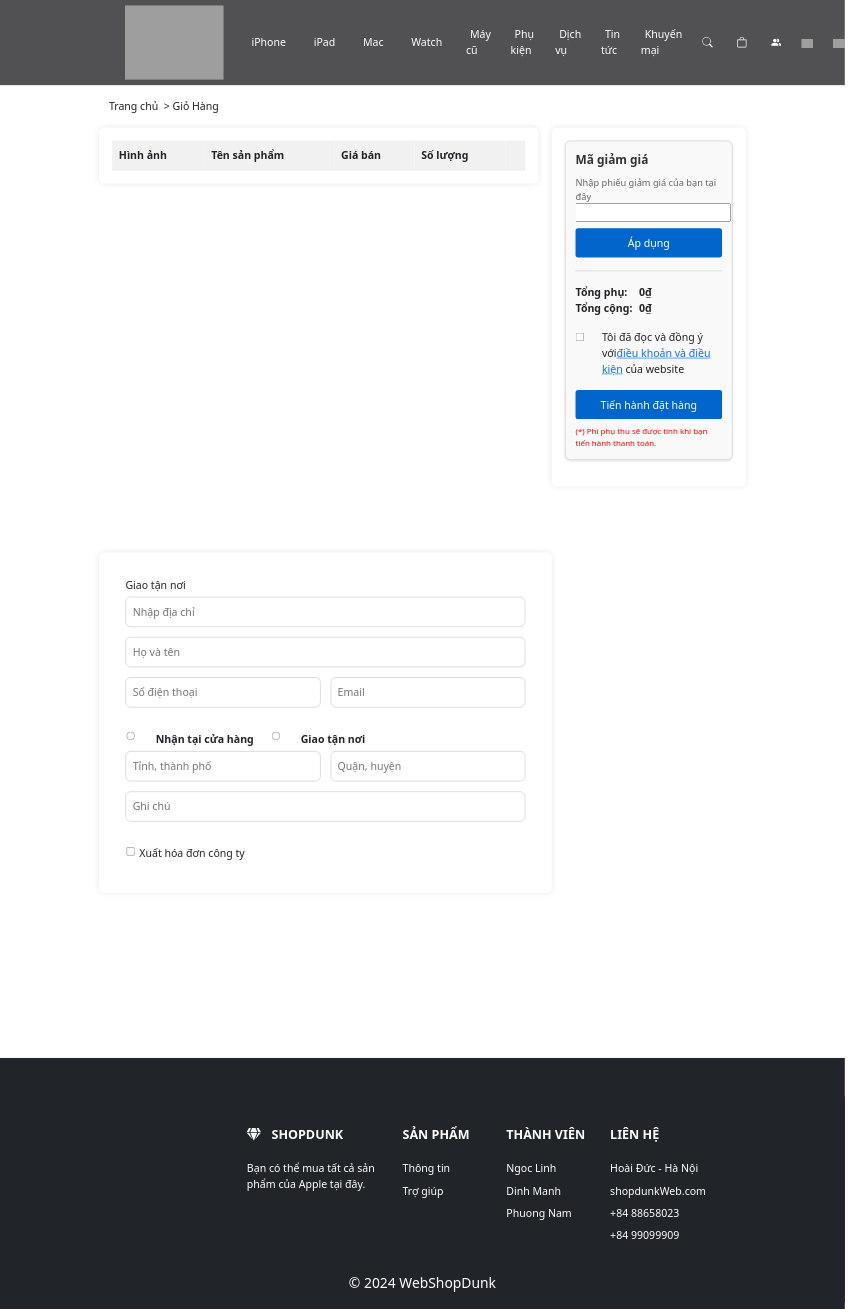
Repository: 20092004nam2k4/FE-ShopDunk
Page: /cart
An editor plug-in stored every save of this project. The page is shown before and after the next save, followed by the edit.
The browser window is 1280 px wide. The page is 1296 px wide, so the pictures cover 1296 px, including what lies to the right of the window. The pictures show the whole page, at 66% of full size.
Pictures or frames that could not be fetched are drawn as grey boxes. The page's requests for data from a server got no answer. The project was rebuilt for these pictures with package versions that can differ from the ones it lists, and the page was loaded fresh each time. No one was signed in, and anything a server would have sent is missing. Also part of the build but not shown: src/component/common/SlideImage.css, src/component/common/SlideImage.js, src/component/product/ProductList.css, src/component/product/ProductList.js, src/component/product/ProductDetail.css, src/component/product/ProductDetail.js, src/component/user/LoginUser.js, src/component/user/UserProfile.js and 3 more.

Above is the page before, as saved 2024-06-10 13:53:42.

### src/component/cart/CartPage.js
import React, { useState, useEffect } from "react";
import axios from "axios";
import "./CartPage.css";

const CartPage = () => {
  const [cartItems, setCartItems] = useState([]);

  const fetchCartItems = () => {
    axios
      .get("http://localhost:8090/api/products/cart")
      .then((response) => {
        setCartItems(response.data);
      })
      .catch((error) => {
        console.error("Error fetching cart items:", error);
      });
  };

  useEffect(() => {
    fetchCartItems();
  }, []);

  const removeFromCart = (id) => {
    axios
      .delete(`http://localhost:8090/api/products/removeFromCart/${id}`)
      .then(() => {
        fetchCartItems(); // Refresh the cart items after removing
      })
      .catch((error) => {
        console.error("Error removing product from cart:", error);
      });
  };

  const updateQuantity = (id, newQuantity) => {
    axios
      .put(`http://localhost:8090/api/products/updateCart/${id}`, {
        quantity: newQuantity,
      })
      .then(() => {
        fetchCartItems(); // Refresh the cart items after updating
      })
      .catch((error) => {
        console.error("Error updating product quantity:", error);
      });
  };

  const calculateSubtotal = () => {
    return cartItems.reduce((sum, item) => sum + item.product.price * item.quantity, 0);
  };

  const calculateTotal = () => {
    return calculateSubtotal();
  };

  return (<>


    <div className="cart-page">
      <div>
        <p className="tittle-header">Trang chủ &nbsp;&gt; Giỏ Hàng</p>
      </div>
      <div className="tong">
        <div className="left">
          <div className="cart-detail">
            <table className="cart">
              <thead>
                <tr>
                  <th>Hình ảnh</th>
                  <th>Tên sản phẩm</th>
                  <th>Giá bán</th>
                  <th>Số lượng</th>
                  <th></th>
                </tr>
              </thead>
              <tbody>
                {cartItems.map((item) => (
                  <tr key={item.id}>
                    <td>
                      <a href={`/product/${item.product.id}`}>
                        <img
                          alt={`Ảnh của ${item.product.name}`}
                          src={`http://localhost:8090/image/${item.product.image}`}
                          title={`Hiển thị chi tiết cho ${item.product.name}`}
                        />
                      </a>
                    </td>
                    <td className="product">
                      <a href={`/product/${item.product.id}`} className="product-name">
                        {item.product.name}
                      </a>
                      <div className="edit-item"></div>
                    </td>
                    <td className="unit-price">
                      <span className="product-unit-price">
                        {parseInt(item.product.price).toLocaleString()}₫
                      </span>
                    </td>
                    <td className="quantity">
                      <div className="cart-quantity-input-container">
                        <svg
                          id={`cart-quantity-input-subtract${item.id}`}
                          width="11"
                          height="11"
                          viewBox="0 0 11 11"
                          fill="none"
                          xmlns="http://www.w3.org/2000/svg"
                          onClick={() => updateQuantity(item.id, item.quantity - 1)}
                        >
                          <g clipPath="url(#clip0_10158_65576)">
                            <path
                              d="M-0.00390625 5.90234H11.0039C11.1133 5.90234 11.207 5.86328 11.2852 5.78516C11.3633 5.70182 11.4023 5.60547 11.4023 5.49609C11.4023 5.38672 11.3633 5.29297 11.2852 5.21484C11.207 5.13672 11.1133 5.09766 11.0039 5.09766H-0.00390625C-0.0768229 5.09766 -0.144531 5.11589 -0.207031 5.15234C-0.264323 5.1888 -0.311198 5.23828 -0.347656 5.30078C-0.384115 5.35807 -0.402344 5.42318 -0.402344 5.49609C-0.402344 5.57422 -0.384115 5.64453 -0.347656 5.70703C-0.311198 5.76432 -0.264323 5.8112 -0.207031 5.84766C-0.144531 5.88411 -0.0768229 5.90234 -0.00390625 5.90234Z"
                              fill="#0066CC"
                            ></path>
                          </g>
                          <defs>
                            <clipPath id="clip0_10158_65576">
                              <rect width="11" height="11" fill="white"></rect>
                            </clipPath>
                          </defs>
                        </svg>
                        <input
                          className="input-text"
                          id={`quantity${item.id}`}
                          value={item.quantity}
                          size="4"
                          readOnly
                        />
                        <svg
                          id={`cart-quantity-input-add${item.id}`}
                          width="12"
                          height="13"
                          viewBox="0 0 12 13"
                          fill="none"
                          xmlns="http://www.w3.org/2000/svg"
                          onClick={() => updateQuantity(item.id, item.setCartItems.quantity + 1)}
                        >
                          <g clipPath="url(#clip0_10158_65579)">
                            <path
                              d="M-0.304688 6.5C-0.304688 6.61458 -0.265625 6.71094 -0.1875 6.78906C-0.104167 6.86719 -0.0104167 6.90625 0.09375 6.90625H5.19531V12.0078C5.19531 12.1172 5.23438 12.2109 5.3125 12.2891C5.39583 12.3672 5.49219 12.4062 5.60156 12.4062C5.71094 12.4062 5.80729 12.3672 5.89062 12.2891C5.96875 12.2109 6.00781 12.1172 6.00781 12.0078V6.90625H11.1094C11.2239 6.90625 11.3177 6.86719 11.3906 6.78906C11.4739 6.71094 11.5156 6.61458 11.5156 6.5C11.5156 6.39583 11.4739 6.30208 11.3906 6.21875C11.3177 6.13542 11.2239 6.09375 11.1094 6.09375H6.00781V1.00781C6.00781 0.893229 5.96875 0.799479 5.89062 0.726562C5.80729 0.653646 5.71094 0.617188 5.60156 0.617188C5.49219 0.617188 5.39583 0.653646 5.3125 0.726562C5.23438 0.799479 5.19531 0.893229 5.19531 1.00781V6.09375H0.09375C-0.0104167 6.09375 -0.104167 6.13542 -0.1875 6.21875C-0.265625 6.30208 -0.304688 6.39583 -0.304688 6.5Z"
                              fill="#0066CC"
                            ></path>
                          </g>
                          <defs>
                            <clipPath id="clip0_10158_65579">
                              <rect
                                width="11.8125"
                                height="12.8125"
                                fill="white"
                                transform="translate(0.09375 0.09375)"
                              ></rect>
                            </clipPath>
                          </defs>
                        </svg>
                      </div>
                    </td>

                    <td className="remove-from-cart">
                      <button
                        onClick={() => removeFromCart(item.id)}
                        className="remove-button"
                      >
                        <i className="fas fa-trash-alt"></i>
                      </button>
                    </td>
                  </tr>
                ))}
              </tbody>
            </table>
          </div>

        </div>

        <div className="right">
        <div className="deals">
            <div className="coupon-box">
              <div className="title">
                <strong>Mã giảm giá</strong>
              </div>
              <div className="hint">Nhập phiếu giảm giá của bạn tại đây</div>
              <input></input>
              <div className="coupon-code">
                <button
                  type="submit"
                  name="applydiscountcouponcode"
                  id="applydiscountcouponcode"
                  className="button-2 apply-discount-coupon-code-button"
                >
                  Áp dụng
                </button>
              </div>
              <div className="totals">
                <div className="total-info">
                  <table className="cart-total">
                    <tbody>
                      <tr className="order-subtotal">
                        <td className="cart-total-left">
                          <label>Tổng phụ:</label>
                        </td>
                        <td className="cart-total-right">
                          <span className="value-summary">
                            {calculateSubtotal().toLocaleString()}₫
                          </span>
                        </td>
                      </tr>
                      <tr className="order-total">
                        <td className="cart-total-left">
                          <label>Tổng cộng:</label>
                        </td>
                        <td className="cart-total-right">
                          <span className="value-summary">
                            {calculateTotal().toLocaleString()}₫
                          </span>
                        </td>
                      </tr>
                    </tbody>
                  </table>
                </div>
                <div id="terms-of-service-warning-box"></div>
                <div className="terms-of-service">
                  <div className="d-flex">
                    <div>
                      <td className="remove-from-cart">
                        <input
                          type="checkbox"
                          name="removefromcart"
                          id="removefromcart274337"
                          value="274337"
                          aria-label="Tẩy"
                        />
                        <button
                          type="button"
                          name="updatecart"
                          className="remove-btn once-submit-button"
                          onClick={() => {
                            document.getElementById(
                              "removefromcart274337"
                            ).checked = true;
                            document.getElementById("updatecart").click();
                          }}
                        ></button>
                      </td>
                    </div>
                    <br></br>
                    <label htmlFor="termsofservice">
                      <span className="rule-web">Tôi đã đọc và đồng ý với</span>
                      <a
                        href="/chinh-sach-doi-tra"
                        className="read"
                        target="_blank"
                      >
                        điều khoản và điều kiện
                      </a>{" "}
                      <span className="rule-web">của website</span>
                    </label>
                  </div>
                </div>
                <div className="checkout-buttons">
                  <button
                    type="submit"
                    id="checkout"
                    name="checkout"
                    value="checkout"
                    className="button-1 checkout-button"
                  >
                    Tiến hành đặt hàng
                  </button>
                </div>
                <div className="note-ck">
                  (*) Phí phụ thu sẽ được tính khi bạn tiến hành thanh toán.
                </div>
                <div className="addon-buttons"></div>
              </div>
            </div>
          </div>
        </div>
      </div>
        </div>


      <div className="tong-bot">
        <div class="left">
          <div class="enter-address bg-white">
          <h6>Giao tận nơi</h6>
            <input placeholder="Nhập địa chỉ"></input>
            <input placeholder="Họ và tên"></input>
            <div class="half-inputs">
              <input placeholder="Số điện thoại"></input>
              <input placeholder="Email"></input>
            </div>
            <div class="edit-address">
              <div class="delivery-method">
                <input type="radio" id="receive-store" name="receive-method" value="store"></input>
                <label for="receive-store">Nhận tại cửa hàng</label>
                <input type="radio" id="receive-delivery" name="receive-method" value="delivery"></input>
                <label for="receive-delivery">Giao tận nơi</label>
              </div>
              <div class="half-inputs">
                <input placeholder="Tỉnh, thành phố"></input>
                <input placeholder="Quận, huyện"></input>
              </div>
              <div>
                <input placeholder="Ghi chú"></input>
              </div>
              <div class="edit-address">
                <input type="checkbox" id="company-invoice" name="company-invoice" value="company-invoice"></input>Xuất hóa đơn công ty
              </div>
            </div>
          </div>
        </div>
      </div>



    <footer className="text-center text-lg-start bg-dark text-white footerMain">
        <section className="bg-dark" style={{ height: "243px" }}>
          <div className="container text-center text-md-start mt-5 textFooter">
            <div className="row mt-3">
              <div
                className="col-md-3 col-lg-4 col-xl-3 text-left mb-4"
                style={{ marginLeft: "104px" }}
              >
                <h6
                  className="text-uppercase fw-bold mb-4"
                  style={{ fontSize: "19px" }}
                >
                  <i className="fas fa-gem me-3" />
                  Shopdunk
                </h6>
                <p style={{ fontSize: "16px" }}>
                  Bạn có thể mua tất cả sản phẩm của Apple tại đây.
                </p>
              </div>
              <div className="col-md-2 col-lg-2 col-xl-2 text-left mb-4">
                <h6
                  className="text-uppercase fw-bold mb-4"
                  style={{ fontSize: "19px" }}
                >
                  Sản phẩm
                </h6>
                <p style={{ fontSize: "16px" }}>Thông tin</p>
                <p style={{ fontSize: "16px" }}>Trợ giúp</p>
              </div>
              <div className="col-md-3 col-lg-2 col-xl-2 text-left mb-4">
                <h6
                  className="text-uppercase fw-bold mb-4"
                  style={{ fontSize: "19px" }}
                >
                  Thành viên
                </h6>
                <p style={{ fontSize: "16px" }}>Ngoc Linh</p>
                <p style={{ fontSize: "16px" }}>Dinh Manh</p>
                <p style={{ fontSize: "16px" }}>Phuong Nam</p>
              </div>
              <div className="col-md-4 col-lg-3 col-xl-3 text-left mb-md-0 mb-4">
                <h6
                  className="text-uppercase fw-bold mb-4"
                  style={{ fontSize: "19px" }}
                >
                  Liên hệ
                </h6>
                <p style={{ fontSize: "16px" }}>Hoài Đức - Hà Nội</p>
                <p style={{ fontSize: "16px" }}>shopdunkWeb.com</p>
                <p style={{ fontSize: "16px" }}>+84 88658023</p>
                <p style={{ fontSize: "16px" }}>+84 99099909</p>
              </div>
            </div>
          </div>
        </section>
        <div
          className="text-center p-4 bg-dark"
          style={{
            backgroundColor: "#40474b",
            height: "70px",
            fontSize: "21px",
            textAlign: "center",
          }}
        >
          © 2024 WebShopDunk
        </div>
      </footer>
    </>
  );
};

export default CartPage;

### src/component/common/Navbar.css
.navbar {
  background-color: #515154;
  padding: 10px;

}

.navbar-links {
  list-style: none;
  display: flex;
  justify-content: center;
  margin: 0;
  padding: 0;
  padding-left: 168px;
  align-items: center;
}

.navbar-links li {
  margin: 0 15px;
}

.navbar-links a {
  color: white;
  text-decoration: none;
  padding: 10px 6px 25px;
  transition: background-color 0.3s;

}

/* .navbar-links a:hover {
  background-color: #575757;
} */
.imageIcon{
  width: 150px;
}
.icon-bag{
  color: white;
  height: 38px;

}
.icon-people{
  color: white;
  height: 38px;

}
.icon-search{
color: white;
height: 38px;
}
.imageIconVN{
  height: 14px;

}
.navbar-links li a {
color: #fff;
text-decoration: none;
transition: color 0.3s ease; }

.navbar-links li a:hover {
color: #fff;
}

### src/component/product/ProductCart.css
.product-list {
  display: flex;
  flex-wrap: wrap;
  justify-content: center;
}
.product-card img {
  max-width: 100%;
  height: auto;
}
.tittleIphone {
  text-align: center;
  margin-top: 38px;
  margin-bottom: 20px;
}
.a-category {
  text-align: center;
  margin-top: 20px;
}
.custom-blue {
  color: #0066cc !important;
  border-color: #0066cc !important;
}
.custom-blue:hover {
  color: #fff !important;
  background-color: #0066cc !important;
}
.button-text {
  font-size: 17px;
}
.product-card {
  width: 300px;
  height: 430px;
  display: flex;
  flex-direction: column;
  align-items: center;
  justify-content: space-between;
  border: 1px solid #ddd;
  padding: 10px;
  margin: 10px;
  box-shadow: 0 4px 8px rgba(0, 0, 0, 0.1); /* Thêm đổ bóng để đẹp hơn */
  border-radius: 5px;
  color: white;
}
.product-name {
  font-weight: bold;
}
.product-price-wrapper {
  display: flex;
  align-items: center;
  gap: 10px;
}
.product-discounted-price {
  font-weight: 700;
  font-size: 16px;
  line-height: 24px;
  color: #0066cc;
}
.product-original-price-wrapper {
  display: flex;
  align-items: center;
}
.product-price {
  color: #6c757d; /* Màu đen nhạt */
  text-decoration: line-through;
  font-size: 16px;
  margin-right: 5px; /* Khoảng cách giữa giá cũ và tag giảm giá */
}
.discount-tag {
  color: #6c757d; /* Màu đen nhạt */
  font-size: 16px;
}
.img-info {
  width: 1200px;
  height: 401px;
}
.info-banner {
  text-align: center;
  margin-top: 80px;
}
.bg-dark {
  background-color: #575757 !important;
}
.text-white {
  color: #fff !important;
}
.border-bottom {
  border-color: rgba(255, 255, 255, 0.1) !important;
}
.footer-links a {
  color: #fff !important;
}
.footer-links a:hover {
  color: #ddd !important;
}
.footerMain {
  margin-top: 90px;
}
.product-card-link {
  text-decoration: none;
  color: inherit; /* Optional: Inherit color to prevent default link color */
}
.textFooter{
  padding-top: 30px;
}

.carousel {
  margin-top: 20px;
  margin-bottom: 20px; /* Để tạo khoảng cách giữa carousel và danh sách sản phẩm */
  padding: 0 210px; /* Thu nhỏ carousel vào 100px mỗi bên */
}

.carousel-inner {
  width: 100%; /* Đảm bảo width của carousel vẫn 100% */
  margin: auto; /* Căn giữa carousel */
}
.carousel-control {
  padding: 0 230px; /* Đặt khoảng cách 20px giữa các nút chuyển ảnh */
}
.category-products-container {
  background-color: #f5f5f7; /* Màu nền của trang */
}
.tittle-headerCategory{
  background-color: white;
  margin-left: 210px;
  padding-top: 15px;
  color: #6c757d;
  padding-bottom: -10px;
}

### src/component/user/Login.css
body {
    font-family: sans-serif;
    /* display: flex; */
    justify-content: center;
    align-items: center;
    min-height: 100vh;
    background-color: #f5f5f5;
  }
  .userName-login{
    margin-top: 25px;
  }



  .left-side {
    width: 50%;
    display: flex;
    justify-content: center;
    align-items: center;
    margin-top: 90px;
  }

  .right-side {
    width: 50%;
    padding: 20px;
    margin-top: 90px;
  }

  .left-side img {
    width: 100%;
    max-width: 600px;
    height: 350px;
  }

  h2 {
    margin-bottom: 20px;
  }

  input[type="text"],
  input[type="password"] {
    width: 100%;
    padding: 10px;
    margin-bottom: 15px;
    border: 1px solid #ddd;
    border-radius: 10px;
    box-sizing: border-box;
  }

  input[type="checkbox"] {
    margin-right: 5px;
  }

  button {
    background-color: #007bff;
    color: #fff;
    padding: 10px 20px;
    border: none;
    border-radius: 3px;
    cursor: pointer;
    width: 100%;
  }

  .link {
    display: block;
    text-align: center;
    margin-top: 15px;
    color: #007bff;
    text-decoration: none;
  }

  .footerMain{
margin-top: 200px;
  }
  .textFooter{
    padding-left: 200px !important;
  }
  .textToRegister{
    margin-top: 15px;
  }

Loaded but not shown: public/index.html (common file); src/index.js (common file); src/component/common/Navbar.js (132 lines, source omitted); src/App.js (47 lines, source omitted); src/context/AuthContext.js (34 lines, source omitted); src/component/cart/CartPage.css (364 lines, source omitted); src/component/user/UserProfile.css (214 lines, source omitted)

After the next save:
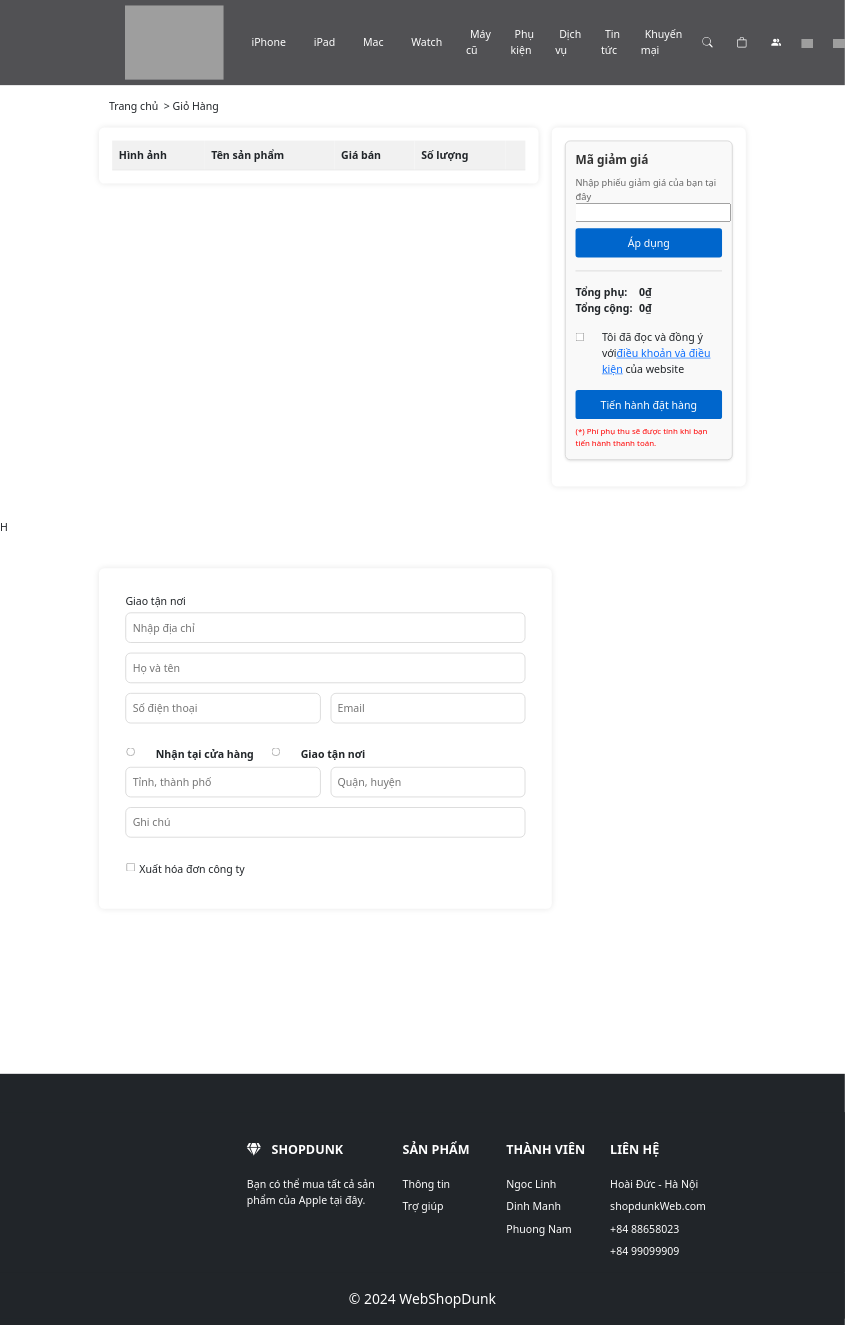
Saved 117 s later.
--- a/src/component/cart/CartPage.js
+++ b/src/component/cart/CartPage.js
@@ -275,7 +275,7 @@
         </div>
       </div>
         </div>
-
+        H
 
       <div className="tong-bot">
         <div class="left">
